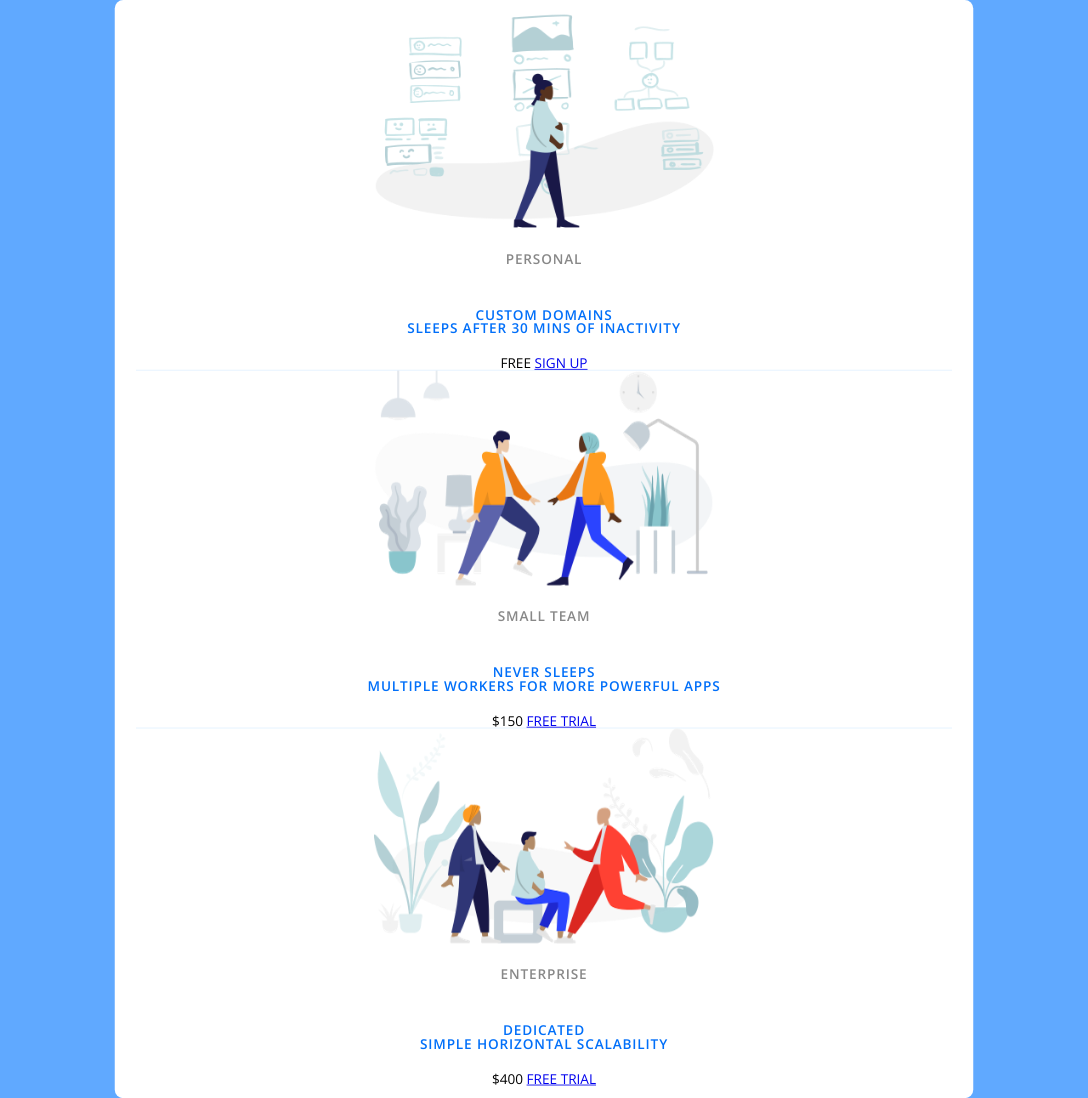
Repository: patrik-fredlund/pricing_panel_udemy
Page: PriceTableStarter/index.html
An editor plug-in stored every save of this project. The page is shown before and after the next save, followed by the edit.
The browser window is 1280 px wide. The pictures show the whole page, at 85% of full size.

Above is the page before, as saved 2021-06-27 13:38:59.

After the next save:
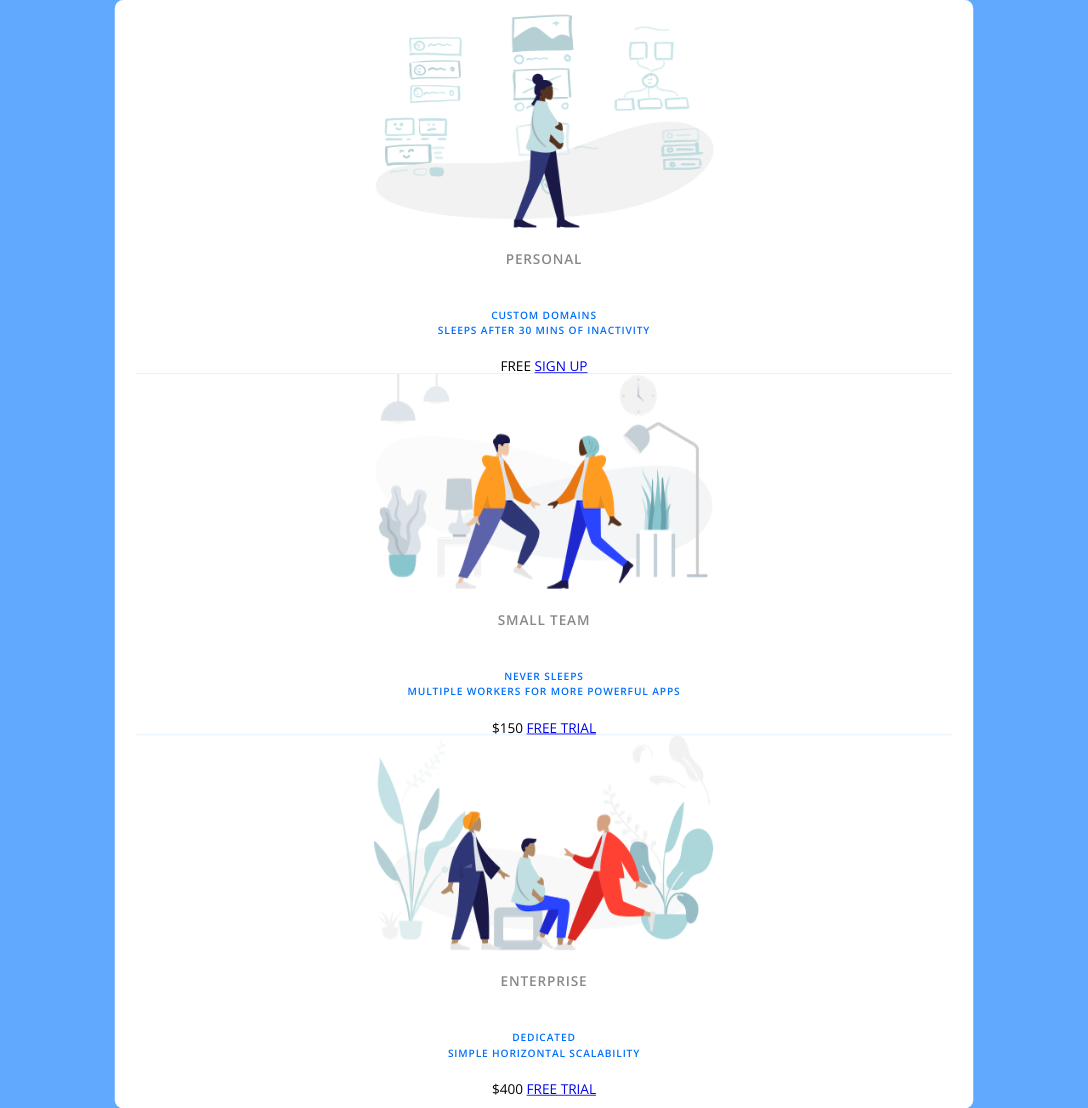
Saved 30 s later.
--- a/PriceTableStarter/app.css
+++ b/PriceTableStarter/app.css
@@ -105,4 +105,6 @@ body {
 .pricing-features-item {
     font-weight: 600;
     letter-spacing: 1px;
+    font-size: 12px;
+    line-height: 1.5;
 }
